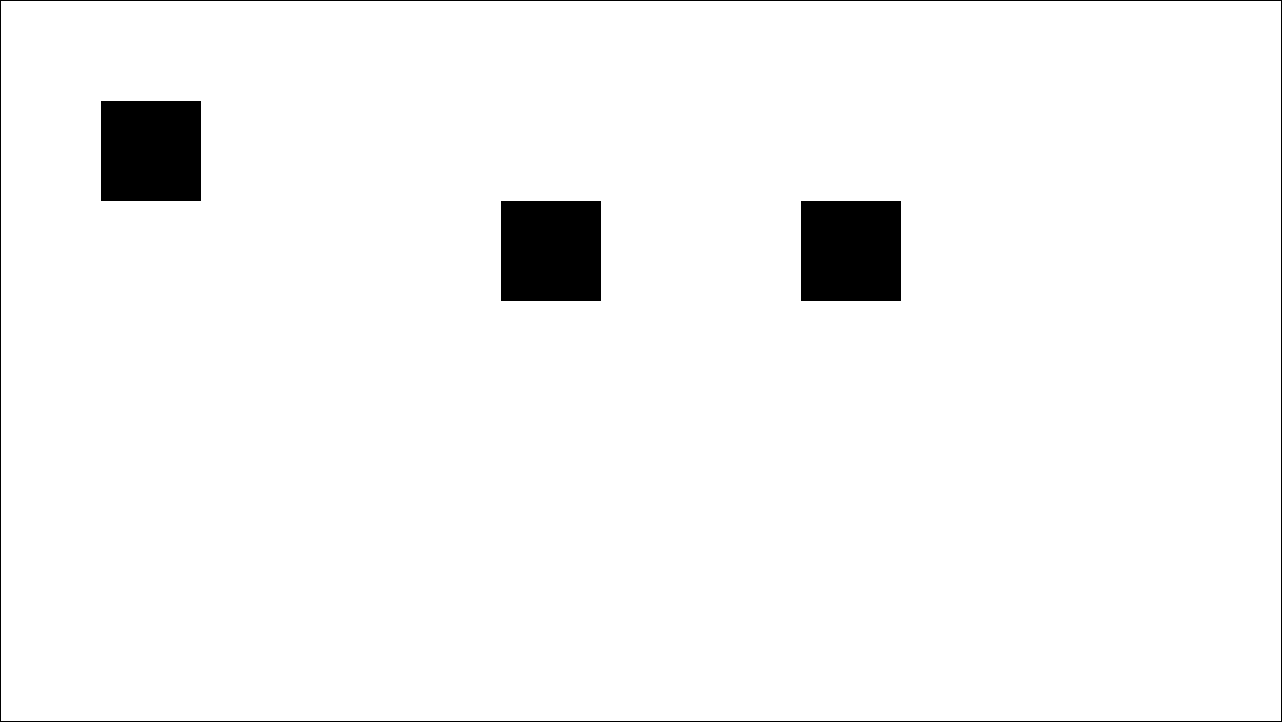
Repository: badhon252/Javascript-practice
Page: 1projects/JavaScript30/08 - Fun with HTML5 Canvas/index-START.html
The author's editor kept a copy of each file at every save. The page is drawn from the files as they stood at one save, then again after the next save.
The browser window is 1280 px wide. The page is 1282 px wide, so the pictures cover 1282 px, including what lies to the right of the window. The pictures show the whole page.

Above is the page before, as saved 2022-12-02 23:31:08.

### 1projects/JavaScript30/08 - Fun with HTML5 Canvas/index-START.html
<!DOCTYPE html>
<html lang="en">

<head>
    <meta charset="UTF-8">
    <title>HTML5 Canvas</title>
</head>

<body>
    <canvas id="draw" width="800" height="800"></canvas>
    <script>
    </script>

    <style>
        html,
        body {
            margin: 0;
            padding: 0;
        }

        #draw {
            border: 1px solid black;
        }
    </style>

    <script>
        console.log("first")
        const canvas = document.querySelector("#draw");
        const ctx = canvas.getContext("2d")

        canvas.width = window.innerWidth;
        canvas.height = window.innerHeight;

        // ctx.fillRect(x, y, width, height)
        ctx.fillRect(100, 100, 100, 100);
        ctx.fillRect(500, 200, 100, 100);
        ctx.fillRect(800, 200, 100, 100);
    </script>
</body>

</html>

After the next save:
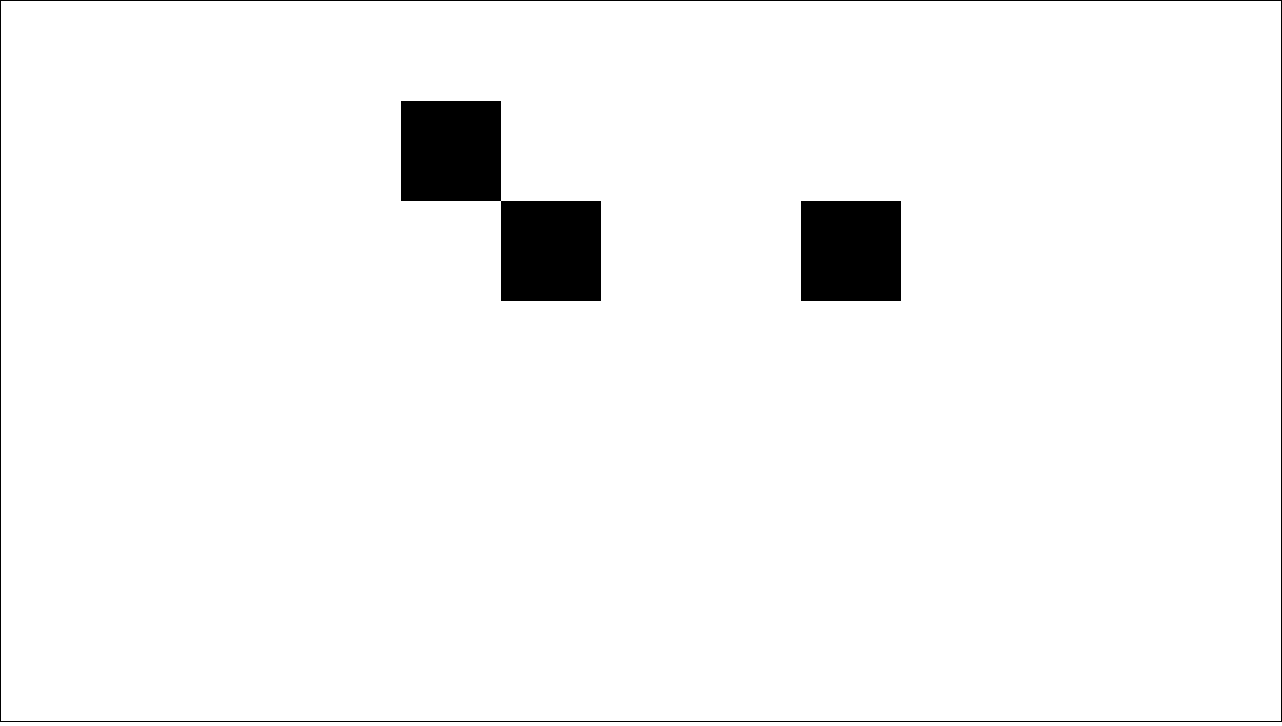
Saved 13 s later.
--- a/1projects/JavaScript30/08 - Fun with HTML5 Canvas/index-START.html
+++ b/1projects/JavaScript30/08 - Fun with HTML5 Canvas/index-START.html
@@ -32,7 +32,7 @@
         canvas.height = window.innerHeight;
 
         // ctx.fillRect(x, y, width, height)
-        ctx.fillRect(100, 100, 100, 100);
+        ctx.fillRect(400, 100, 100, 100);
         ctx.fillRect(500, 200, 100, 100);
         ctx.fillRect(800, 200, 100, 100);
     </script>

After the save that followed:
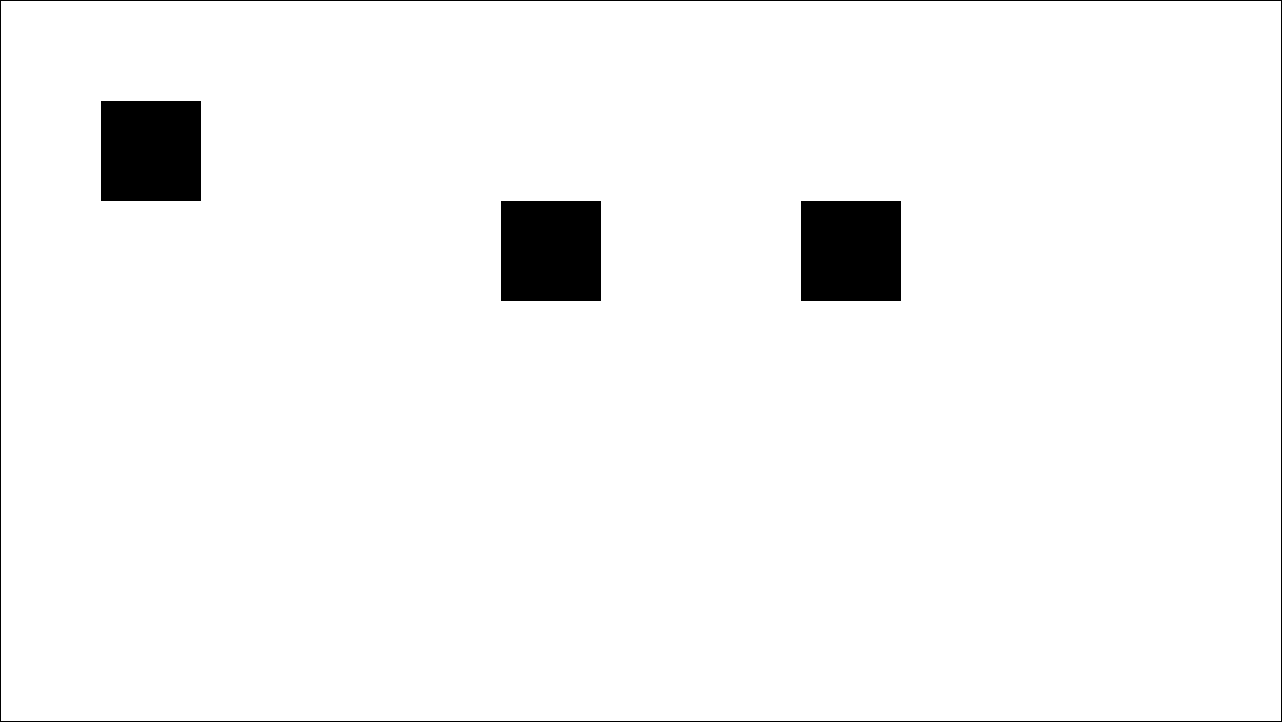
Saved 5 s later.
--- a/1projects/JavaScript30/08 - Fun with HTML5 Canvas/index-START.html
+++ b/1projects/JavaScript30/08 - Fun with HTML5 Canvas/index-START.html
@@ -32,7 +32,7 @@
         canvas.height = window.innerHeight;
 
         // ctx.fillRect(x, y, width, height)
-        ctx.fillRect(400, 100, 100, 100);
+        ctx.fillRect(100, 100, 100, 100);
         ctx.fillRect(500, 200, 100, 100);
         ctx.fillRect(800, 200, 100, 100);
     </script>
